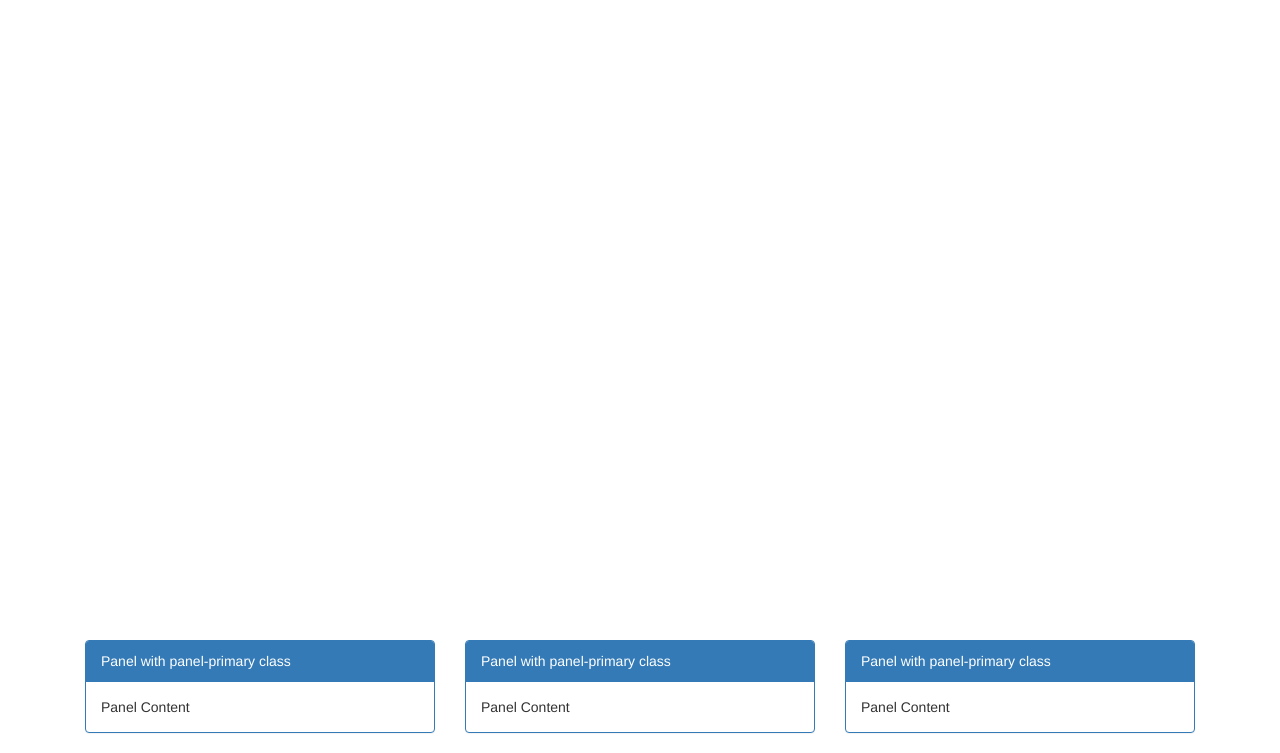
Repository: vivek9520/ITPfinal
Page: http://localhost/ITP/ReportMain.jsp
The author's editor kept a copy of each file at every save. The page is drawn from the files as they stood at one save, then again after the next save.
The browser window is 1280 px wide. The pictures show the whole page.
The page is served by Tomcat 9.

Above is the page before, as saved 2019-10-05 11:18:03.

### ITP 2/ITP/WebContent/ReportMain.jsp
<%@ page language="java" contentType="text/html; charset=UTF-8"
    pageEncoding="UTF-8"%>
<!DOCTYPE html>
<html>
<head>
<meta charset="UTF-8">
<title>Main Report</title>
<meta charset="utf-8">
  <meta name="viewport" content="width=device-width, initial-scale=1">
  <link rel="stylesheet" href="https://maxcdn.bootstrapcdn.com/bootstrap/3.4.0/css/bootstrap.min.css">
  <script src="https://ajax.googleapis.com/ajax/libs/jquery/3.4.1/jquery.min.js"></script>
  <script src="https://maxcdn.bootstrapcdn.com/bootstrap/3.4.0/js/bootstrap.min.js"></script>
<style type="text/css">
.container{
padding-top: 50%;

}

</style>
</head>
<body>
<div class="container">
<div class="col-md-4">
 <div class="panel panel-primary">
      <div class="panel-heading">Panel with panel-primary class</div>
      <div class="panel-body">Panel Content</div>
    </div>
  </div>

<div class="col-md-4">
     <div class="panel panel-primary">
      <div class="panel-heading">Panel with panel-primary class</div>
      <div class="panel-body">Panel Content</div>
    </div>
 </div>
 <div class="col-md-4">
     <div class="panel panel-primary">
      <div class="panel-heading">Panel with panel-primary class</div>
      <div class="panel-body">Panel Content</div>
    </div>
 </div>
 </div>
 </div>
</body>
</html>

After the next save:
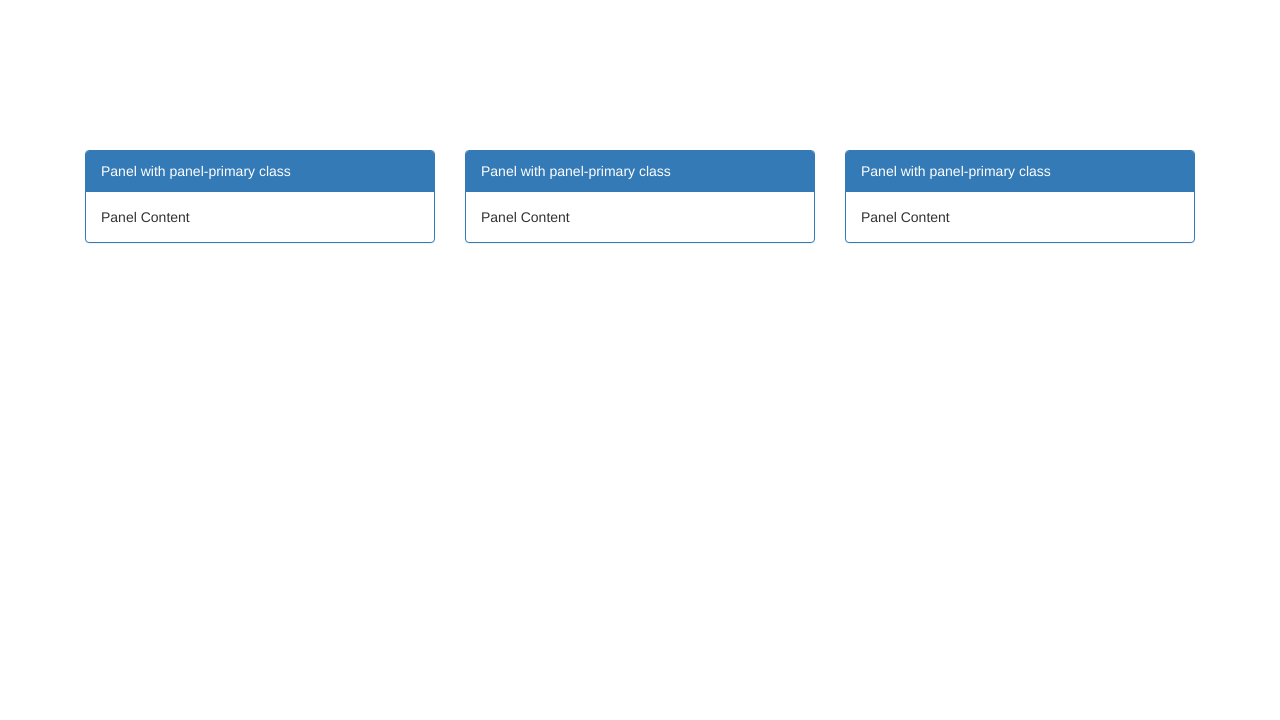
Saved 14 s later.
--- a/ITP 2/ITP/WebContent/ReportMain.jsp
+++ b/ITP 2/ITP/WebContent/ReportMain.jsp
@@ -12,7 +12,7 @@
   <script src="https://maxcdn.bootstrapcdn.com/bootstrap/3.4.0/js/bootstrap.min.js"></script>
 <style type="text/css">
 .container{
-padding-top: 50%;
+padding-top: 150px;
 
 }
 
